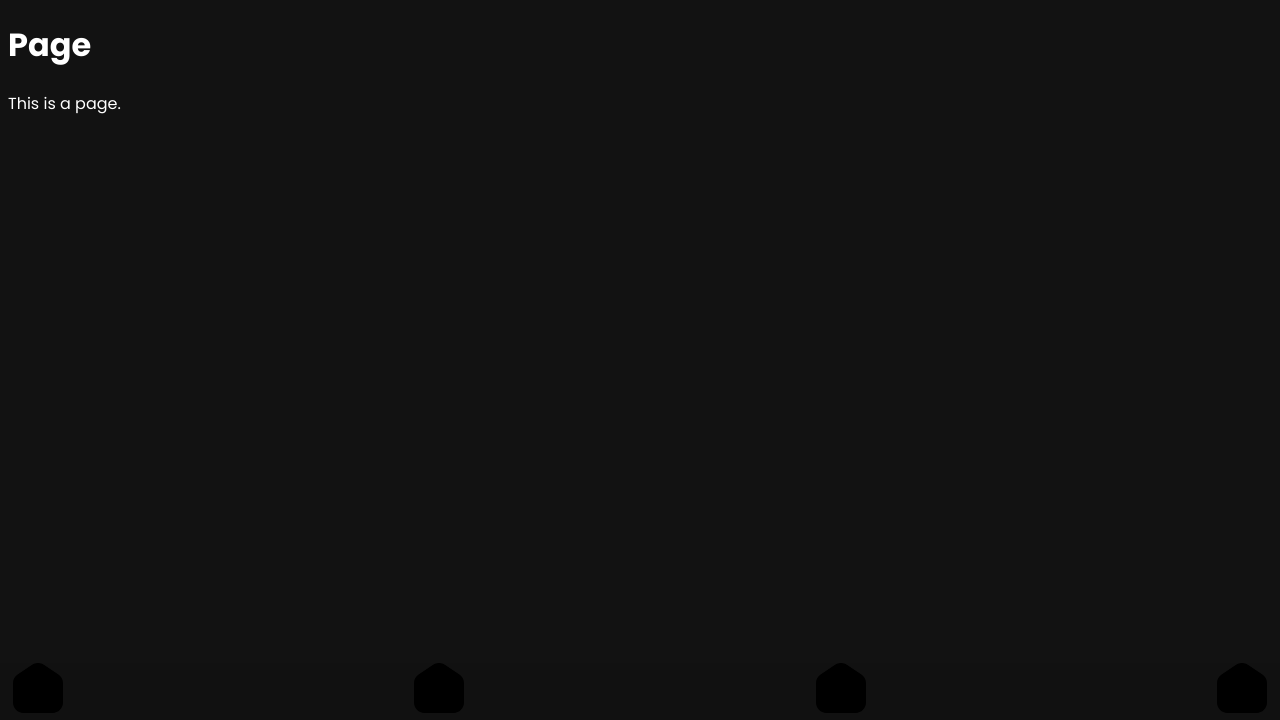
Repository: NubbDev/anime-frontend
Page: /
The author's editor kept a copy of each file at every save. The page is drawn from the files as they stood at one save, then again after the next save.
The browser window is 1280 px wide. The pictures show the whole page.
The project was rebuilt for these pictures with package versions that can differ from the ones it lists, and the page was loaded fresh each time. The framework's server and built-in components were replaced by stand-ins that run in the browser. Also part of the build but not shown: svelte.config.js, vite.config.js.

Above is the page before, as saved 2024-08-08 01:31:11.

After the next save:
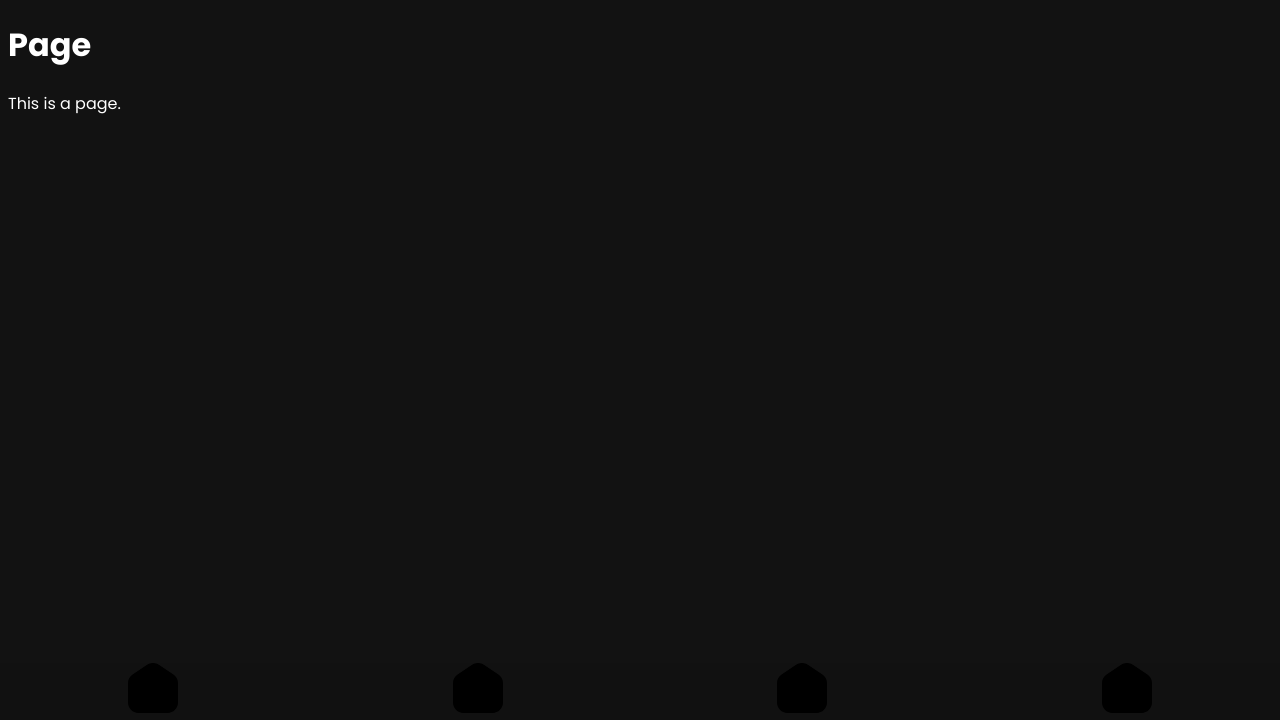
Saved 5 s later.
--- a/src/components/navigation/NavBar.svelte
+++ b/src/components/navigation/NavBar.svelte
@@ -55,7 +55,7 @@
         display: flex;
         justify-content: space-between;
         box-sizing: border-box;
-        padding: 0 1vw;
+        padding: 0 10vw;
         position: fixed;
         bottom: 0;
         left: 0;
